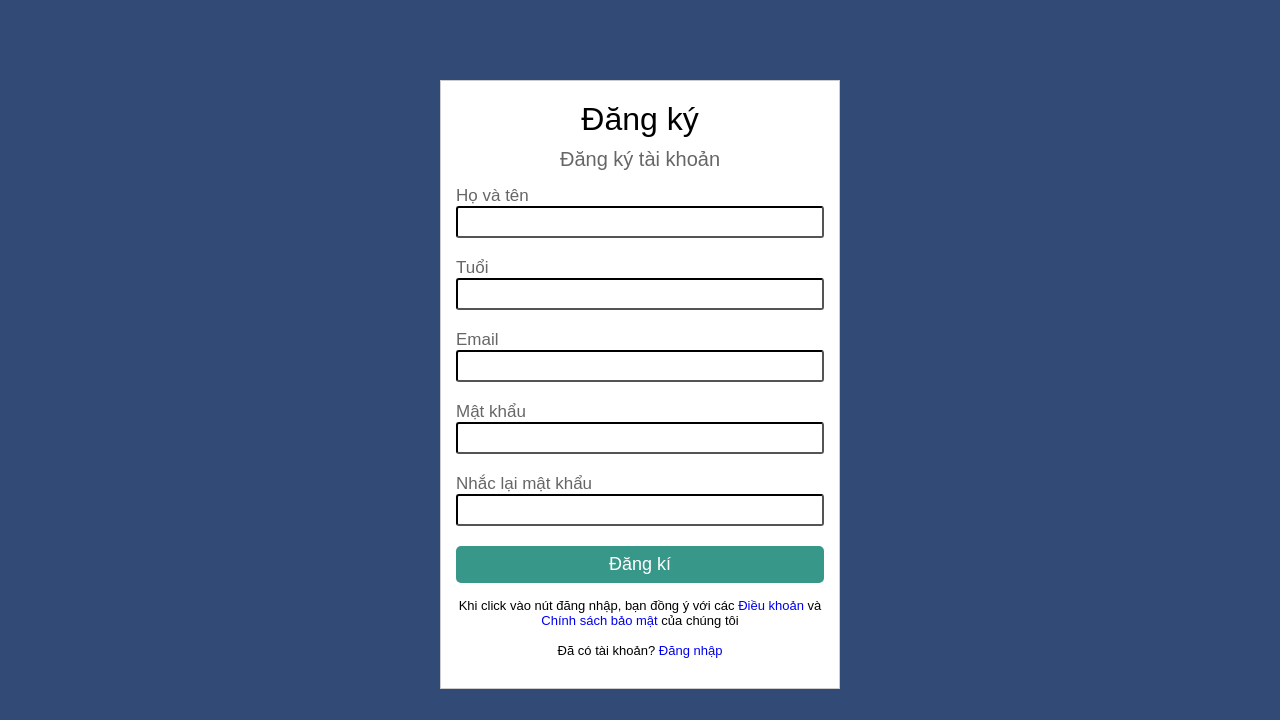
Repository: Ngoc28/HTML-CSS
Page: form/index.html
The author's editor kept a copy of each file at every save. The page is drawn from the files as they stood at one save, then again after the next save.
The browser window is 1280 px wide. The pictures show the whole page.

Above is the page before, as saved 2023-08-05 15:20:03.

### form/index.html
<!DOCTYPE html>
<html lang="en">
<head>
    <meta charset="UTF-8">
    <meta name="viewport" content="width=device-width, initial-scale=1.0">
    <title>Register</title>
    <link rel="stylesheet" href="./styles.css">
</head>
<body>
    <div class="form">
        <form action="" class="form-register">
            <div class="heading">
                <h1 class="tieude">Đăng ký</h1>
                <p class="desc">
                    Đăng ký tài khoản
                </p>
            </div>
            <!-- text -->
            <div class="block-form name">
                <label for="hoten">Họ và tên</label>
                <input type="text" name="hoten" id="hoten">
            </div>
            <div class="block-form age">
                <label for="tuoi">Tuổi</label>
                <input type="number" name="tuoi" id="tuoi">
            </div>

            <div class="block-form email">
                <label for="email">Email</label>
                <input type="email" name="email" id="email">
            </div>
            <div class="block-form password">
                <label for="password">Mật khẩu</label>
                <input type="password" name="password" id="password">
            </div>
            <div class="block-form password">
                <label for="password">Nhắc lại mật khẩu</label>
                <input type="password" name="password" id="password">
            </div>

                <input class="submit" type="submit" value="Đăng kí">
            <div class="rules">
                <p class="dieukhoan">
                    Khi click vào nút đăng nhập, bạn đồng ý với các
                    <a href="#">Điều khoản</a>
                    và
                    <a href="#">Chính sách bảo mật</a>
                    của chúng tôi
                </p>
                <p class="hasAcount">
                    Đã có tài khoản?
                    <a href="#">Đăng nhập</a>
                </p>
            </div>
        </form>
    </div>
</body>
</html>

### form/styles.css
*{
    padding: 0;
    margin: 0;
    box-sizing: border-box;
}

body {
    background: #324a76;
    font-family: Arial, Helvetica, sans-serif;
}

.form {
    display: flex;
    justify-content: center;
    align-items: center;
    margin-top: 80px;
}

.form-register {
    padding: 20px 15px 15px 15px;
    width: 400px;
    border: 1px solid #ccc;
    background: #fff;
}

.heading {
    text-align: center;
    margin-bottom: 15px;
}

.tieude {
    font-size: 32px;
    font-weight: 400;
    padding-bottom: 10px;
}

.desc {
    font-size: 20px;
    color: #666;
}

.block-form {
    margin-bottom: 20px;
}

.block-form label {
    display: block;
    font-size: 17px;
    color: #666;
}

.block-form input {
    width: 100%;
    padding: 5px;
    font-size: 16px;
    border-radius: 3px;
    border-color: #000 ;
}

.submit {
    width: 100%;
    background: #379789;
    border: none;
    padding: 8px;
    font-size: 18px;
    font-weight: 300;
    color: #fff;
    margin-bottom: 15px;
    cursor: pointer;
    border-radius: 5px;
}

.submit:hover {
    background: #0e8170;
}

.rules {

}

.rules .dieukhoan,
.hasAcount {
    font-size: 13px;
    margin-bottom: 15px;
    text-align: center;
}

.dieukhoan a,
.hasAcount a {
    text-decoration: none;
}

.hasAcount a:hover,
.dieukhoan a:hover {
    opacity: .8;
}

After the next save:
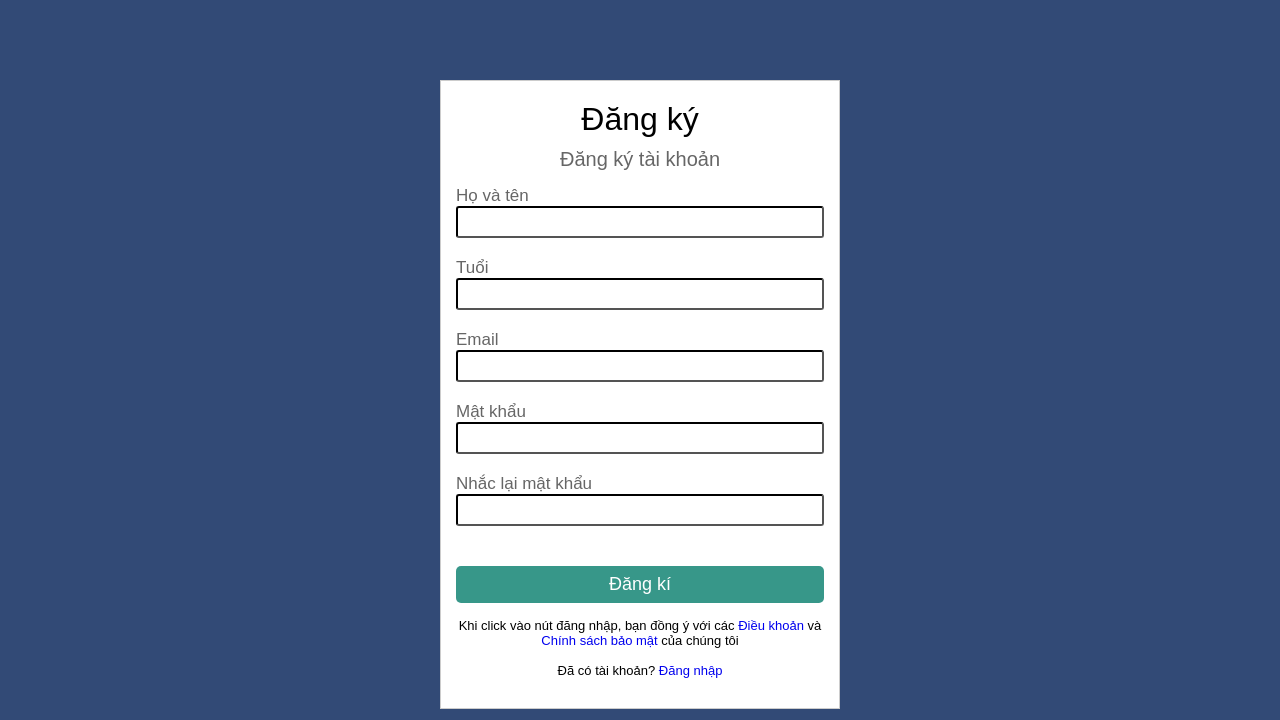
Saved 36 s later.
--- a/form/styles.css
+++ b/form/styles.css
@@ -65,7 +65,7 @@ body {
     font-size: 18px;
     font-weight: 300;
     color: #fff;
-    margin-bottom: 15px;
+    margin: 20px 0 15px 0;
     cursor: pointer;
     border-radius: 5px;
 }
